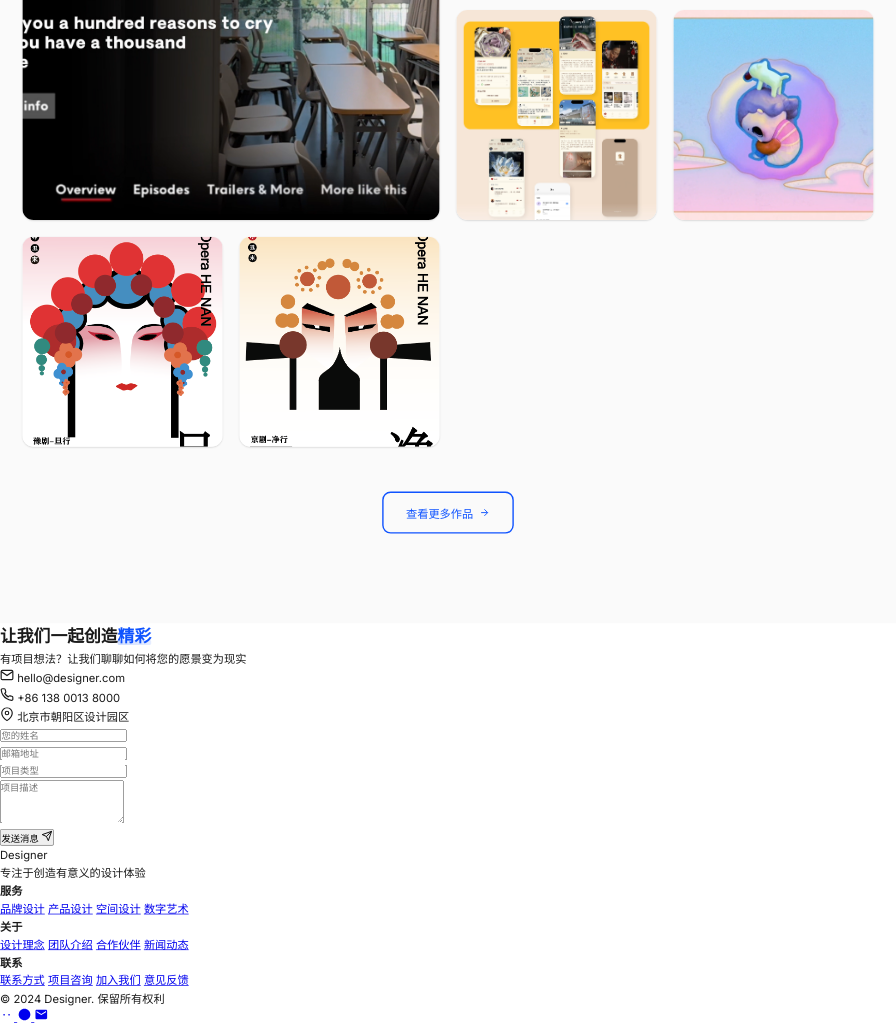
Repository: Nanzhexi/zhexi.github.io
Page: index.html
These files come from the project's save history. The page is drawn as it stood at one moment and after the next save; the edit follows.
The browser window is 1280 px wide. The pictures show the part of the page from y = 1356 to 3276 px (the page is 2823 px tall before and 3276 px after), at 70% of full size.

Above is the page before, as saved 2025-07-03 03:36:36.

After the next save:
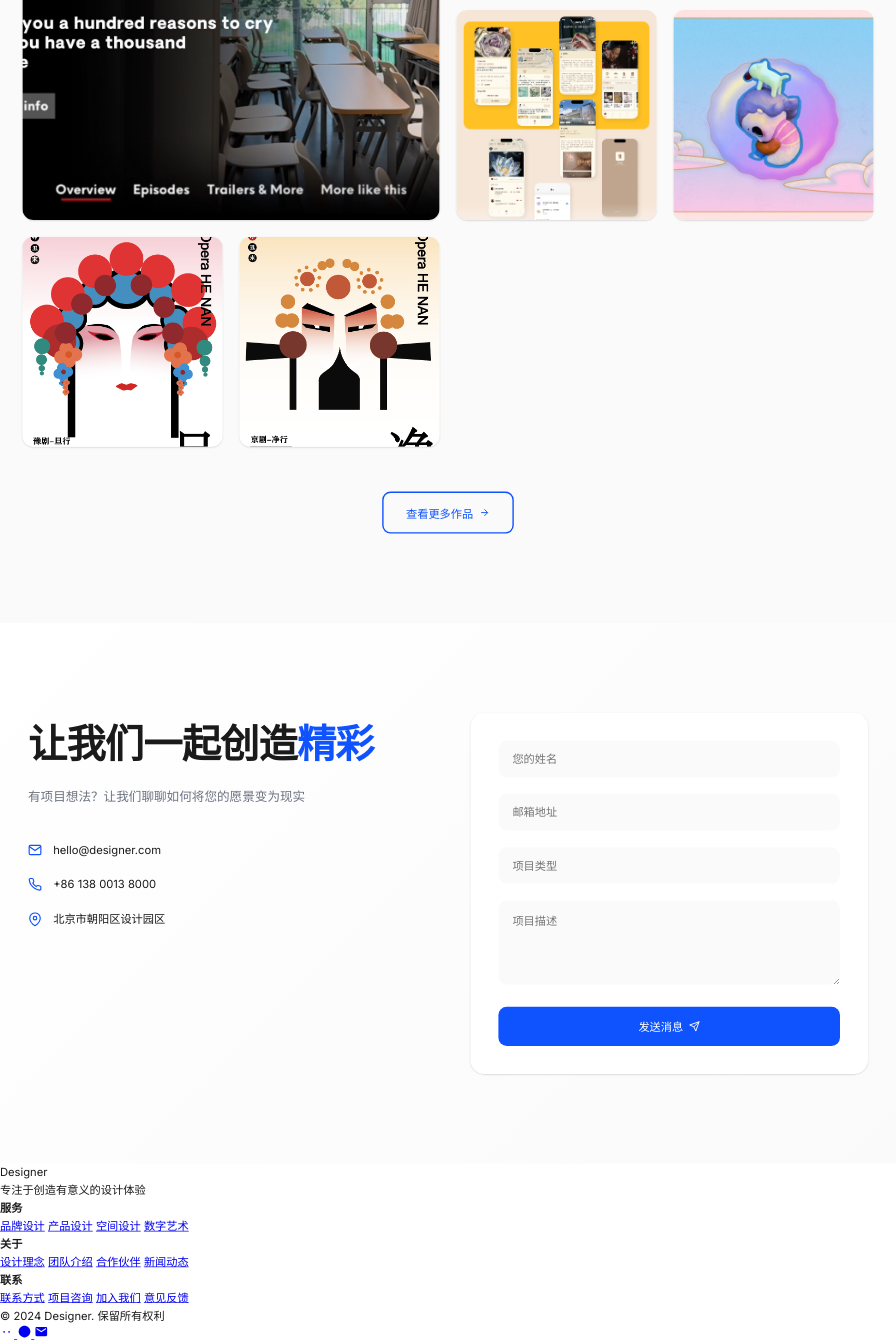
Saved 21 s later.
--- a/css/index.css
+++ b/css/index.css
@@ -336,6 +336,122 @@
     transform: translateX(4px);
 }
 
+/* Contact Section */
+.contact {
+    padding: 8rem 2rem;
+    background: linear-gradient(135deg, var(--background) 0%, var(--surface) 100%);
+}
+
+.contact-content {
+    max-width: 1200px;
+    margin: 0 auto;
+    display: grid;
+    grid-template-columns: 1fr 1fr;
+    gap: 4rem;
+    align-items: start;
+}
+
+.contact-title {
+    font-size: clamp(2.5rem, 5vw, 3.5rem);
+    font-weight: 700;
+    color: var(--text-primary);
+    margin-bottom: 1rem;
+    letter-spacing: -0.02em;
+}
+
+.contact-subtitle {
+    font-size: 1.125rem;
+    color: var(--text-secondary);
+    margin-bottom: 3rem;
+    line-height: 1.6;
+}
+
+.contact-info {
+    display: flex;
+    flex-direction: column;
+    gap: 1.5rem;
+}
+
+.contact-item {
+    display: flex;
+    align-items: center;
+    gap: 1rem;
+    color: var(--text-primary);
+    font-size: 1rem;
+}
+
+.contact-item svg {
+    color: var(--primary-color);
+    flex-shrink: 0;
+}
+
+.contact-form {
+    background: var(--background);
+    padding: 2.5rem;
+    border-radius: 20px;
+    box-shadow: var(--shadow);
+}
+
+.form-group {
+    margin-bottom: 1.5rem;
+}
+
+.form-group input,
+.form-group textarea {
+    width: 100%;
+    padding: 1rem 1.25rem;
+    border: 2px solid var(--border-color);
+    border-radius: 12px;
+    font-size: 1rem;
+    background: var(--surface);
+    color: var(--text-primary);
+    transition: all 0.3s ease;
+    font-family: inherit;
+}
+
+.form-group input:focus,
+.form-group textarea:focus {
+    outline: none;
+    border-color: var(--primary-color);
+    box-shadow: 0 0 0 3px rgba(15, 83, 255, 0.1);
+}
+
+.form-group textarea {
+    resize: vertical;
+    min-height: 120px;
+}
+
+.submit-button {
+    background: var(--primary-color);
+    color: white;
+    border: none;
+    padding: 1rem 2rem;
+    font-size: 1rem;
+    font-weight: 500;
+    border-radius: 12px;
+    cursor: pointer;
+    display: inline-flex;
+    align-items: center;
+    gap: 0.5rem;
+    transition: all 0.3s cubic-bezier(0.4, 0, 0.2, 1);
+    width: 100%;
+    justify-content: center;
+}
+
+.submit-button:hover {
+    background: #0A47E8;
+    transform: translateY(-2px);
+    box-shadow: 0 8px 25px 0 rgba(15, 83, 255, 0.25);
+}
+
+.submit-button svg {
+    transition: transform 0.3s ease;
+}
+
+.submit-button:hover svg {
+    transform: translateX(4px);
+}
+
 /* Animations */
 @keyframes fadeInUp {
     from {
